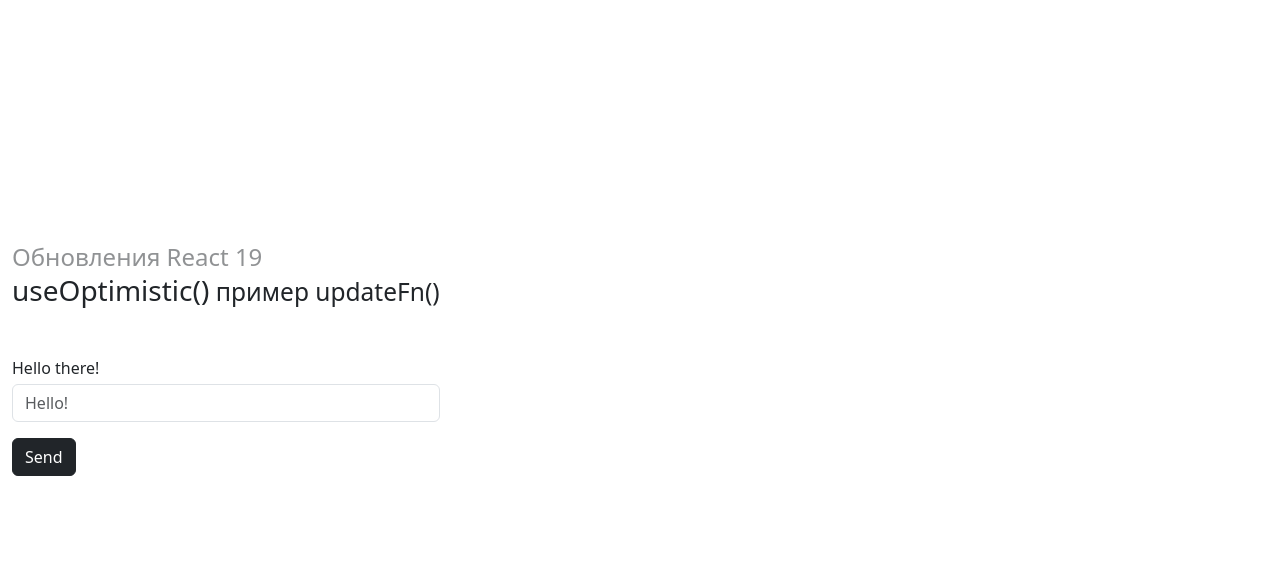
Repository: vitaliygalata1986/react
Page: / (app in project-40-react-19-vite/react-19/)
An editor plug-in stored every save of this project. The page is shown before and after the next save, followed by the edit.
The browser window is 1280 px wide. The pictures show the whole page.
The project was rebuilt for these pictures with package versions that can differ from the ones it lists, and the page was loaded fresh each time. Also part of the build but not shown: project-40-react-19-vite/react-19/vite.config.js.

Above is the page before, as saved 2025-02-08 19:14:46.

After the next save:
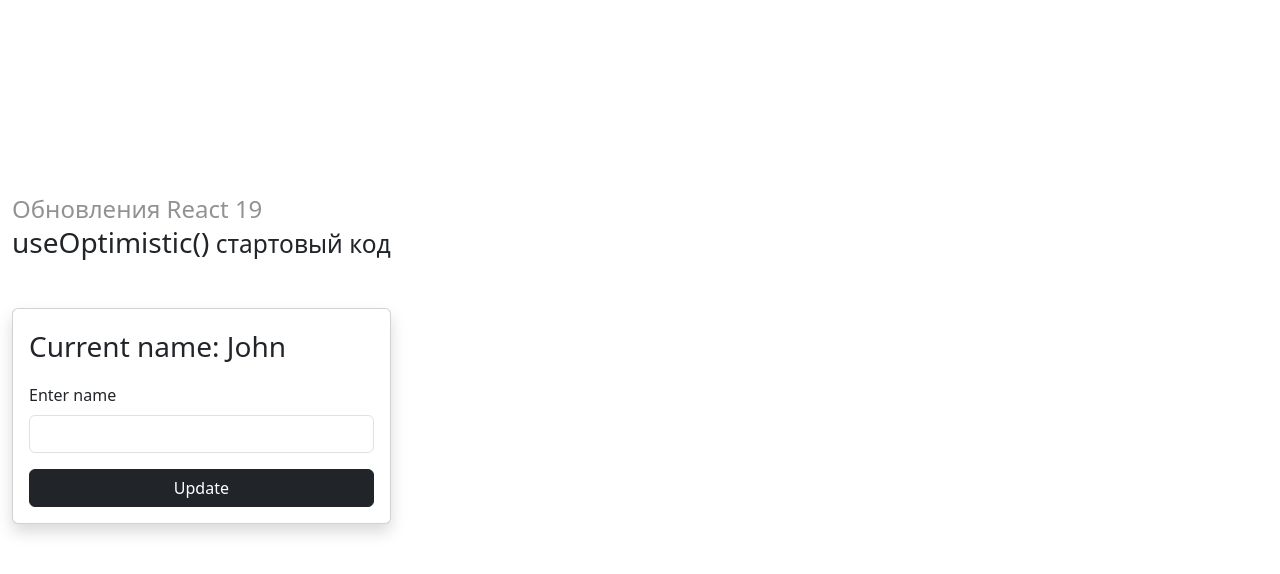
Saved 6 min 8 s later.
--- a/project-40-react-19-vite/react-19/src/App.jsx
+++ b/project-40-react-19-vite/react-19/src/App.jsx
@@ -1,4 +1,4 @@
-import Component from './examples/forms/useOptimistic-updateFn';
+import Component from './examples/forms/useOptimistic-final';
 
 function App() {
   return (

After the save that followed:
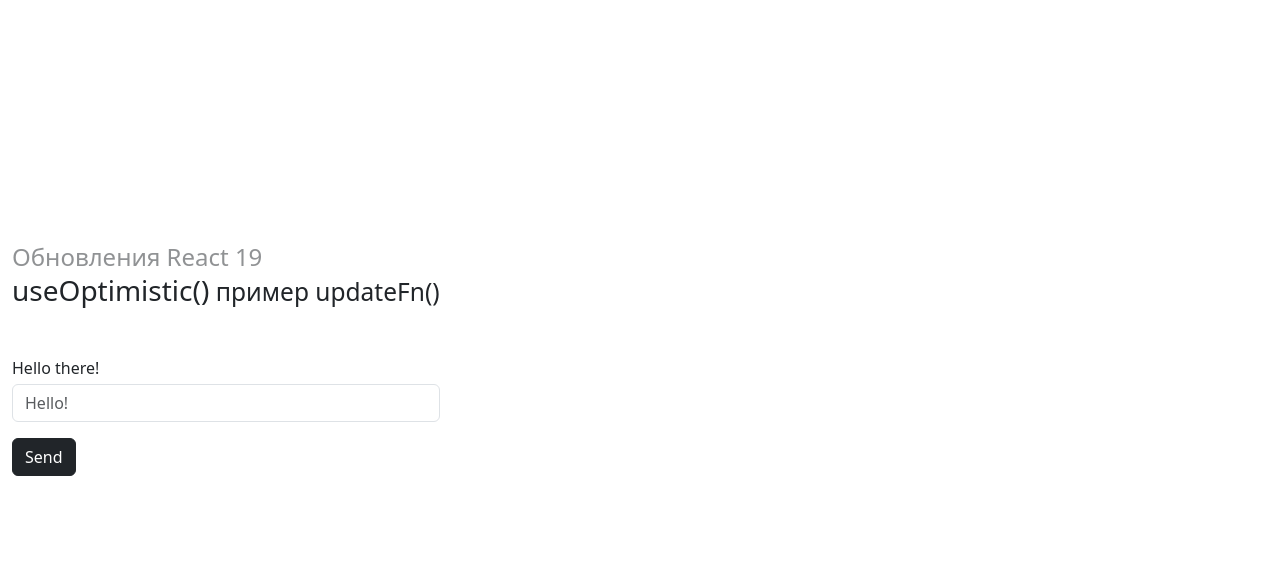
Saved 74 s later.
--- a/project-40-react-19-vite/react-19/src/App.jsx
+++ b/project-40-react-19-vite/react-19/src/App.jsx
@@ -1,4 +1,4 @@
-import Component from './examples/forms/useOptimistic-final';
+import Component from './examples/forms/useOptimistic-updateFn';
 
 function App() {
   return (
